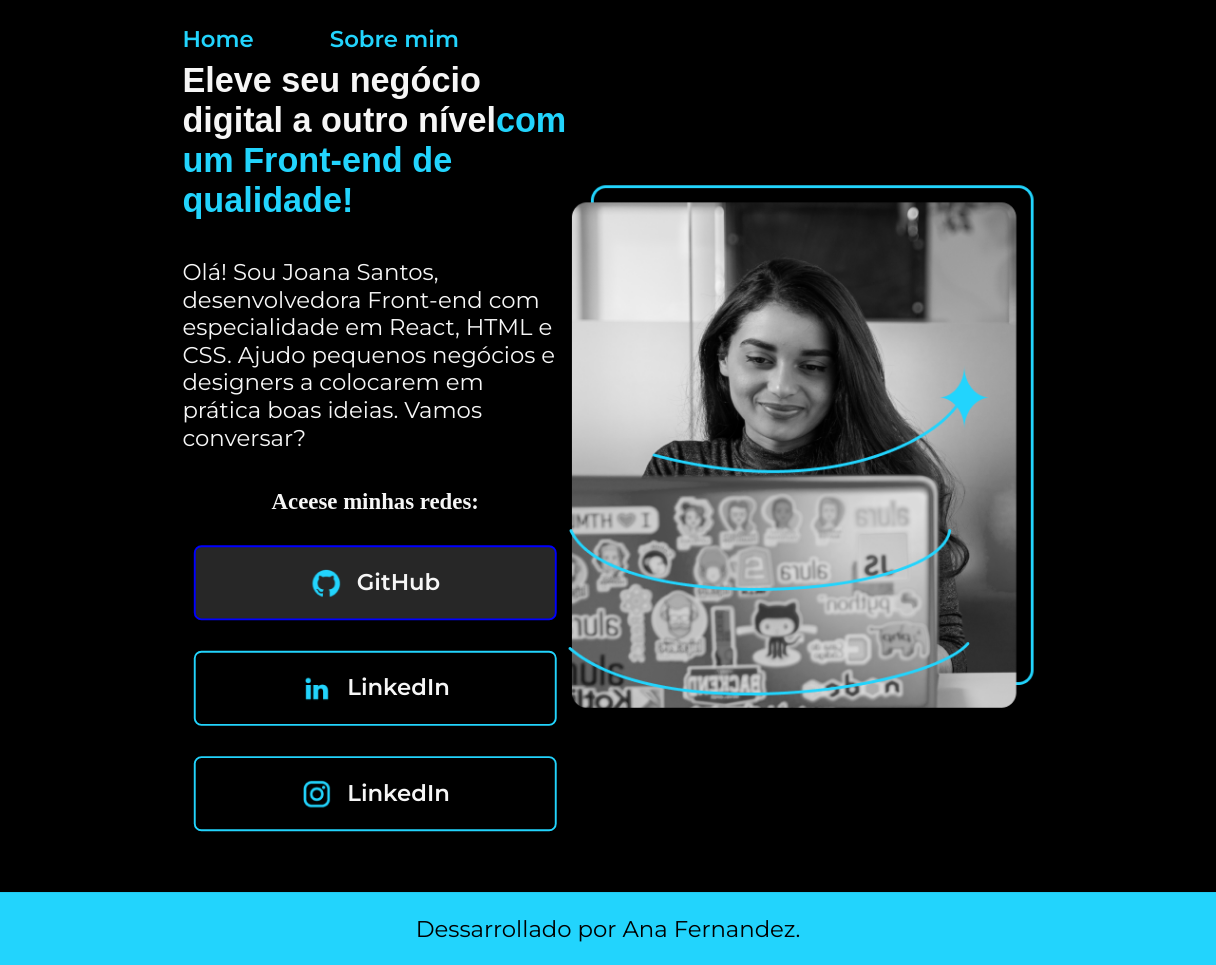
Repository: AnaFzCz/Portifolio-HTML-CSS-dinamico
Page: index.html
These files come from the project's save history. The page is drawn as it stood at one moment and after the next save; the edit follows.
The browser window is 1280 px wide. The pictures show the whole page, at 95% of full size.
The pointer rests on the first visible `img`.
Some web fonts or font styles are not loaded; a fallback is used.

Above is the page before, as saved 2025-02-10 10:18:34.

After the next save:
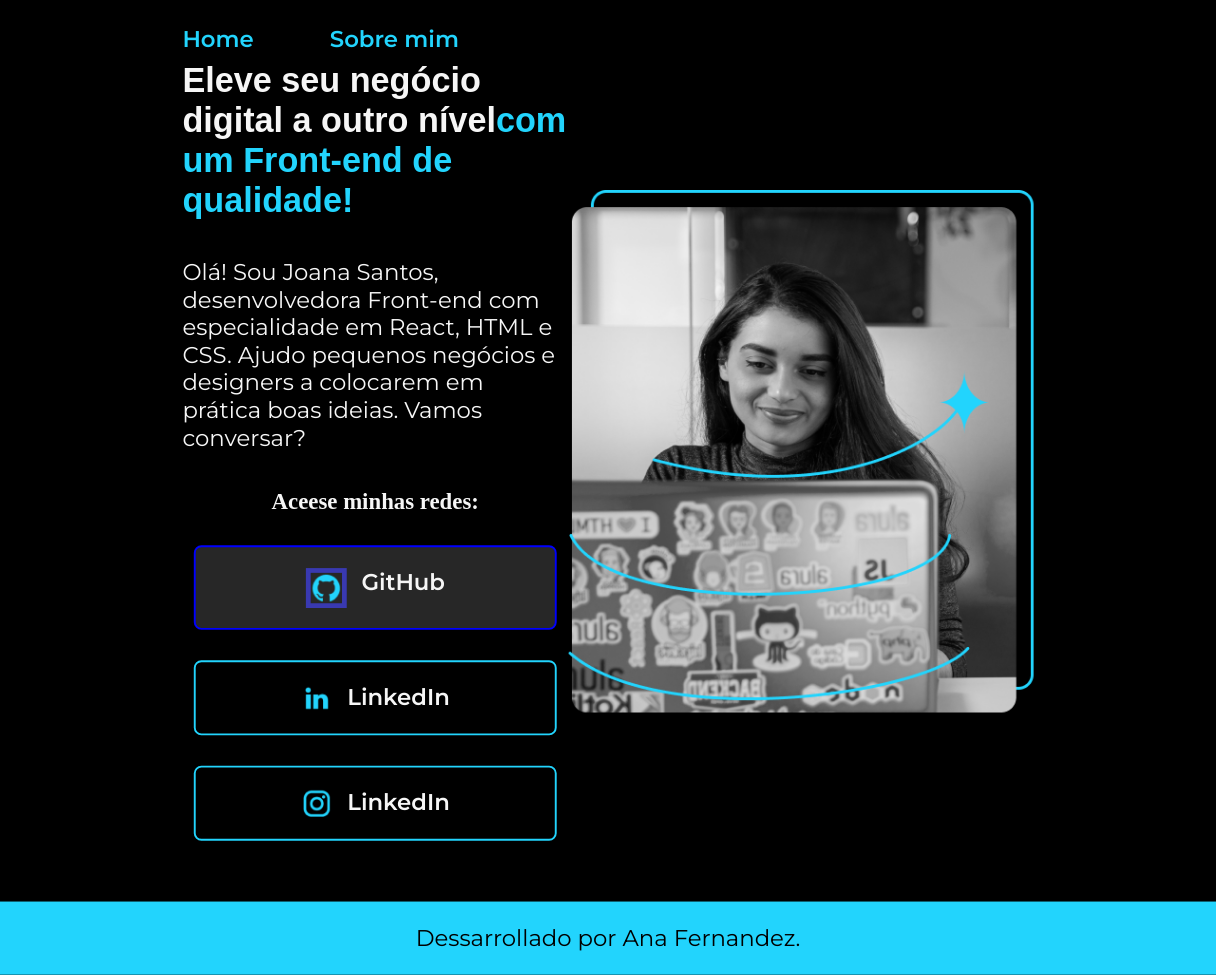
Saved 28 s later.
--- a/styles/style.css
+++ b/styles/style.css
@@ -111,8 +111,9 @@
     border: 2px solid #0000FF;
 }
 
-img:hover{
+img:hover {
     cursor: pointer;
+    border: 5px solid #3939b1;
 }
 
 .rodape {
